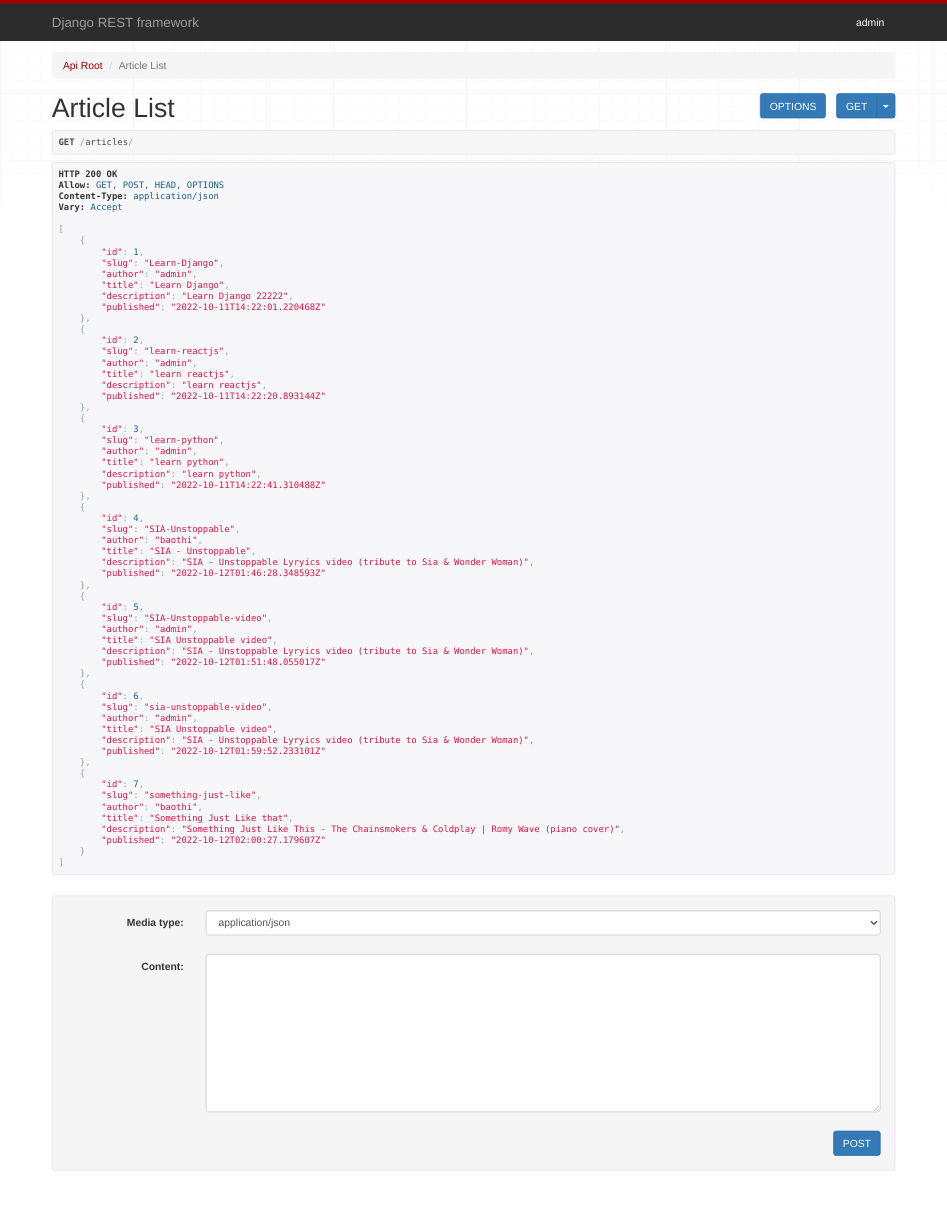
Repository: baothi/Django4_Api_Vs_reactjs
Page: http://localhost/articles/
These files come from the project's save history. The page is drawn as it stood at one moment and after the next save; the edit follows.
The browser window is 1280 px wide. The pictures show the whole page, at 74% of full size.
Backgrounds fixed to the window are drawn as part of the page. The page is served by the project's application, run on Django 4.2 (manage.py). The first stored user is signed in. Other server files are loaded and not shown. The page reads the database file committed with the project.

Above is the page before, as saved 2022-10-11 22:55:20.

### backend/models.py
from django.db import models
from django.contrib.auth.models import User

# Create your models here.

class Article(models.Model):
    title = models.CharField(max_length=200)
    description = models.TextField()
    slug = models.SlugField(max_length=200, unique=True)
    published = models.DateTimeField(auto_now_add=True)
    author = models.ForeignKey(User, on_delete=models.CASCADE, related_name='articles')


    def __str__(self):
        return self.title

### backend/serializers.py
from rest_framework import serializers
from .models import Article


class ArticleSerializer(serializers.ModelSerializer):
    slug = serializers.SlugField(read_only=True)
    author = serializers.StringRelatedField()
    class Meta:
        model = Article
        fields = '__all__'




# class ArticleSerializer(serializers.Serializer):
#     title = serializers.CharField(max_length=200)
#     description = serializers.CharField()
#     slug = serializers.SlugField(max_length=200)
#     published = serializers.DateTimeField(read_only=True)
#
#
#     def create(self, validated_data):
#         return Article.objects.cretae(**validated_data)
#
#
#
#     def update(self, instance, validated_data):
#         instance.title = validated_data.get('title', instance.title)
#         instance.description = validated_data.get('description', instance.description)
#         instance.slug = validated_data.get('slug', instance.slug)
#         instance.published = validated_data.get('published', instance.published)
#         instance.save()
#         return instance

### backend/views.py
from django.shortcuts import render, HttpResponse
from .models import Article
from .serializers import ArticleSerializer
from django.http import JsonResponse
from rest_framework.parsers import JSONParser
from django.views.decorators.csrf import csrf_exempt

from rest_framework.decorators import api_view
from rest_framework.response import Response
from rest_framework import status

from rest_framework.views import APIView
from django.http import Http404
from rest_framework import mixins
from rest_framework import generics
from rest_framework import viewsets
from rest_framework.authentication import TokenAuthentication, SessionAuthentication
from rest_framework.permissions import IsAuthenticated
from .permissions import IsAuthor
# Create your views here.


#Generic Viewset Lesson
'''
class ArticleViewSet(viewsets.GenericViewSet, mixins.ListModelMixin,
                     mixins.CreateModelMixin,
                     mixins.RetrieveModelMixin,
                     mixins.UpdateModelMixin, mixins.DestroyModelMixin):

    queryset = Article.objects.all()
    serializer_class = ArticleSerializer
    lookup_field = 'slug'
'''


#Viewset lesson

class ArticleViewSet(viewsets.ViewSet):

    def list(self, request):
        articles = Article.objects.all()
        serializer = ArticleSerializer(articles, many=True)
        return Response(serializer.data)

    def create(self, request):
        serializer = ArticleSerializer(data=request.data)
        if serializer.is_valid():
            serializer.save()
            return Response(serializer.data, status=status.HTTP_201_CREATED)
        return Response(serializer.errors, status=status.HTTP_400_BAD_REQUEST)




#Generic API lesson
'''
class ArticleList(generics.ListCreateAPIView):

    queryset = Article.objects.all()
    serializer_class = ArticleSerializer


class ArticleDetails(generics.RetrieveUpdateDestroyAPIView):
    lookup_field = 'slug'
    queryset = Article.objects.all()
    serializer_class = ArticleSerializer

'''

#Mixins Lesson
'''
class ArticleList(mixins.ListModelMixin,
                  mixins.CreateModelMixin,
                  generics.GenericAPIView):
    queryset = Article.objects.all()
    serializer_class = ArticleSerializer

    def get(self, request, *args, **kwargs):
        return self.list(request,  *args, **kwargs)

    def post(self, request, *args, **kwargs):
        return self.create(request, *args, **kwargs)





class ArticleDetails(mixins.RetrieveModelMixin,
                     mixins.UpdateModelMixin,
                     mixins.DestroyModelMixin,
                     generics.GenericAPIView):
    queryset = Article.objects.all()
    serializer_class = ArticleSerializer

    lookup_field = 'slug'


    def get(self, request,slug,*args, **kwargs):
        return self.retrieve(request, slug=slug)

    def put(self, request, slug, *args, **kwargs):
        return self.update(request, slug=slug)

    def delete(self, request, slug):
        return self.destroy(request, slug=slug)


'''


# Class Based API Views
'''
class ArticleList(APIView):

    def get(self, request):
        articles = Article.objects.all()
        serializer = ArticleSerializer(articles, many=True)
        return Response(serializer.data)


    def post(self, request):
        serializer = ArticleSerializer(data=request.data)
        if serializer.is_valid():
            serializer.save()
            return Response(serializer.data, status=status.HTTP_201_CREATED)

        return Response(serializer.errors, status=status.HTTP_400_BAD_REQUEST)


class ArticleDetails(APIView):
    def get_object(self, slug):
        try:
            return Article.objects.get(slug=slug)
        except Article.DoesNotExist:
            raise Http404

    def get(self, request, slug):
        article = self.get_object(slug)
        serializer = ArticleSerializer(article)
        return Response(serializer.data)

    def put(self, request, slug):
        article = self.get_object(slug)
        serializer = ArticleSerializer(article, data=request.data)
        if serializer.is_valid():
            serializer.save()
            return Response(serializer.data)
        return Response(serializer.errors, status=status.HTTP_400_BAD_REQUEST)

    def delete(self, request, slug):
        article = self.get_object(slug)
        article.delete()
        return Response(status=status.HTTP_204_NO_CONTENT)
'''

#Decorators Lesson
'''
@api_view(['GET', 'POST'])
def article_list(request):
    if request.method == "GET":
        articles = Article.objects.all()
        serializer = ArticleSerializer(articles, many=True)
        return Response(serializer.data)

    elif request.method == "POST":
        serializer = ArticleSerializer(data=request.data)
        if serializer.is_valid():
            serializer.save()
            return Response(serializer.data, status=status.HTTP_201_CREATED)

        return Response(serializer.errors, status=status.HTTP_400_BAD_REQUEST)


@api_view(['GET', 'PUT', 'DELETE'])
def article_details(request, slug):
    try:
        article = Article.objects.get(slug=slug)
    except Article.DoesNotExist():
        return Response(status=status.HTTP_404_NOT_FOUND)


    if request.method == "GET":
        serializer = ArticleSerializer(article)
        return Response(serializer.data)

    elif request.method == "PUT":
        serializer = ArticleSerializer(article, data=request.data)
        if serializer.is_valid():
            serializer.save()
            return Response(serializer.data)
        return Response(serializer.errors, status=status.HTTP_400_BAD_REQUEST)

    elif request.method == "DELETE":
        article.delete()
        return Response(status=status.HTTP_204_NO_CONTENT)

'''

#Function based API Views
'''
@csrf_exempt
def article_list(request):

    if request.method == "GET":
        articles = Article.objects.all()
        serializer = ArticleSerializer(articles, many=True)

        return JsonResponse(serializer.data, safe=False)


    elif request.method == "POST":
        data = JSONParser().parse(request)
        serializer = ArticleSerializer(data=data)
        if serializer.is_valid():
            serializer.save()
            return JsonResponse(serializer.data, status=201)
        return JsonResponse(serializer.errors, status=400)

@csrf_exempt
def article_details(request, slug):

    try:
        article = Article.objects.get(slug=slug)
    except Article.DoesNotExist:
        return HttpResponse(status=404)


    if request.method == "GET":
        serializer = ArticleSerializer(article)
        return JsonResponse(serializer.data)

    elif request.method =="PUT":
        data = JSONParser().parse(request)
        serializer = ArticleSerializer(article, data=data)
        if serializer.is_valid():
            serializer.save()
            return JsonResponse(serializer.data, status=200)
        return JsonResponse(serializer.errors, status=400)

    elif request.method == "DELETE":
        article.delete()
        return HttpResponse(status=204)
'''

### Django4_Api_Vs_reactjs/urls.py
"""Django4_Api_Vs_reactjs URL Configuration

The `urlpatterns` list routes URLs to views. For more information please see:
    https://docs.djangoproject.com/en/4.0/topics/http/urls/
Examples:
Function views
    1. Add an import:  from my_app import views
    2. Add a URL to urlpatterns:  path('', views.home, name='home')
Class-based views
    1. Add an import:  from other_app.views import Home
    2. Add a URL to urlpatterns:  path('', Home.as_view(), name='home')
Including another URLconf
    1. Import the include() function: from django.urls import include, path
    2. Add a URL to urlpatterns:  path('blog/', include('blog.urls'))
"""
from django.contrib import admin
from django.urls import path,include

urlpatterns = [
    path('admin/', admin.site.urls),
    path('', include('backend.urls')),
]

### backend/urls.py
from django.urls import path, include
# from .views import article_list,article_details
# from .views import ArticleList,ArticleDetails
from rest_framework.routers import DefaultRouter
from .views import ArticleViewSet


router = DefaultRouter()
router.register('articles', ArticleViewSet, basename='articles')


urlpatterns = [
    # path('articles/', article_list),
    # path('articles/<slug:slug>/', article_details),
    # path('articles/', ArticleList.as_view()),
    # path('articles/<slug:slug>/', ArticleDetails.as_view())
    path('', include(router.urls))
]

### db.sqlite3 (the tables this page reads, as SQL)
CREATE TABLE "auth_user" ("id" integer NOT NULL PRIMARY KEY AUTOINCREMENT, "password" varchar(128) NOT NULL, "last_login" datetime NULL, "is_superuser" bool NOT NULL, "username" varchar(150) NOT NULL UNIQUE, "last_name" varchar(150) NOT NULL, "email" varchar(254) NOT NULL, "is_staff" bool NOT NULL, "is_active" bool NOT NULL, "date_joined" datetime NOT NULL, "first_name" varchar(150) NOT NULL);
INSERT INTO "auth_user" VALUES
(1, 'pbkdf2_sha256$320000$tKxNK5bmFMSgzra9A0dEt4$qSPMrmTmF7nQXKRag+hcHLDBvScqZ2oHvVicv5eNGCE=', '2022-10-12 03:28:25.311110', 1, 'admin', '', 'admin@gmail.com', 1, 1, '2022-10-11 13:01:05.791398', ''),
(2, 'pbkdf2_sha256$320000$MGSAYAR8hGr1e1sEZZe2De$zTIS3CO/reMYOx37KtFnLbzjtz77yCY6ANFhKvvLyAQ=', '2022-10-12 02:00:12.113631', 0, 'baothi', '', 'baothi246@gmail.com', 0, 1, '2022-10-12 01:26:32.259061', ''),
(3, 'pbkdf2_sha256$320000$e2md8G2onwuRTwrAjWzWps$uciuWCkwxruwAUHuHvfe2LIbxjGszu2Q4QKGUUQvi0I=', '2022-10-12 03:28:00.954078', 0, 'phongthuy', '', 'phongthuy@gmail.com', 0, 1, '2022-10-12 03:28:00.747577', '');

CREATE TABLE "backend_article" ("id" integer NOT NULL PRIMARY KEY AUTOINCREMENT, "title" varchar(200) NOT NULL, "description" text NOT NULL, "slug" varchar(200) NOT NULL UNIQUE, "published" datetime NOT NULL, "author_id" integer NOT NULL REFERENCES "auth_user" ("id") DEFERRABLE INITIALLY DEFERRED);
INSERT INTO "backend_article" VALUES
(1, 'Learn Django', 'Learn Django 22222', 'Learn-Django', '2022-10-11 14:22:01.220468', 1),
(2, 'learn reactjs', 'learn reactjs', 'learn-reactjs', '2022-10-11 14:22:20.893144', 1),
(3, 'learn python', 'learn python', 'learn-python', '2022-10-11 14:22:41.310488', 1),
(4, 'SIA - Unstoppable', 'SIA - Unstoppable Lyryics video (tribute to Sia & Wonder Woman)', 'SIA-Unstoppable', '2022-10-12 01:46:28.348593', 2),
(5, 'SIA Unstoppable video', 'SIA - Unstoppable Lyryics video (tribute to Sia & Wonder Woman)', 'SIA-Unstoppable-video', '2022-10-12 01:51:48.055017', 1),
(6, 'SIA Unstoppable video', 'SIA - Unstoppable Lyryics video (tribute to Sia & Wonder Woman)', 'sia-unstoppable-video', '2022-10-12 01:59:52.233101', 1),
(7, 'Something Just Like that', 'Something Just Like This - The Chainsmokers & Coldplay | Romy Wave (piano cover)', 'something-just-like', '2022-10-12 02:00:27.179607', 2);

After the next save:
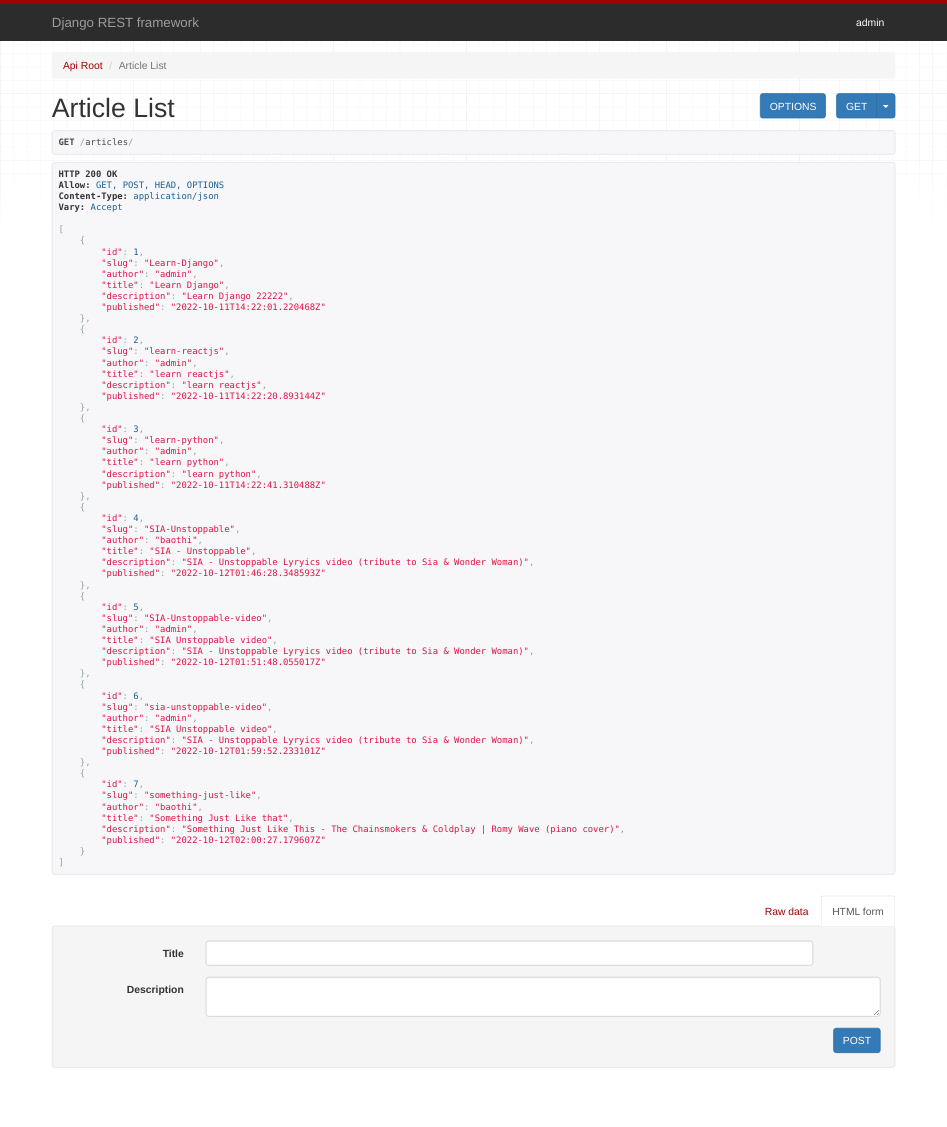
Saved 117 s later.
--- a/backend/views.py
+++ b/backend/views.py
@@ -21,7 +21,7 @@ from .permissions import IsAuthor
 
 
 #Generic Viewset Lesson
-'''
+
 class ArticleViewSet(viewsets.GenericViewSet, mixins.ListModelMixin,
                      mixins.CreateModelMixin,
                      mixins.RetrieveModelMixin,
@@ -30,11 +30,10 @@ class ArticleViewSet(viewsets.GenericViewSet, mixins.ListModelMixin,
     queryset = Article.objects.all()
     serializer_class = ArticleSerializer
     lookup_field = 'slug'
-'''
 
 
 #Viewset lesson
-
+'''
 class ArticleViewSet(viewsets.ViewSet):
 
     def list(self, request):
@@ -50,7 +49,7 @@ class ArticleViewSet(viewsets.ViewSet):
         return Response(serializer.errors, status=status.HTTP_400_BAD_REQUEST)
 
 
-
+'''
 
 #Generic API lesson
 '''
